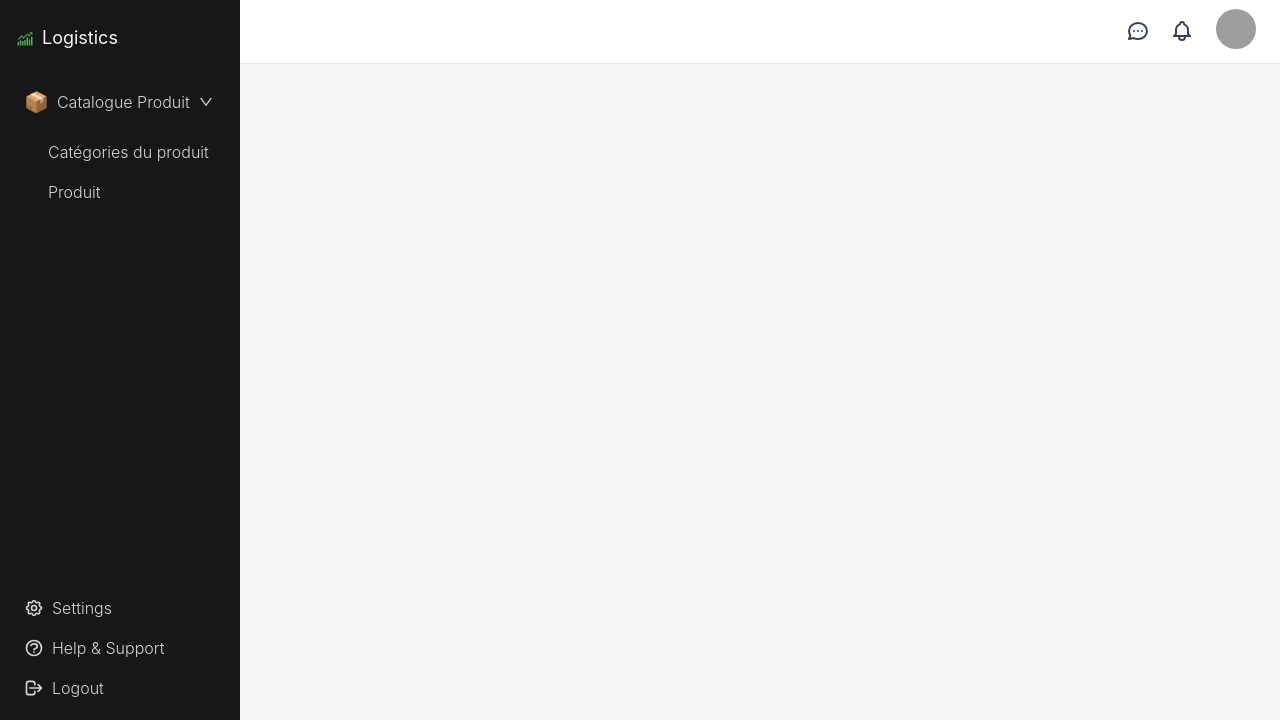
Repository: Mayar2222/Dashboard
Page: /, after clicking the first element matching `button.flex`
The author's editor kept a copy of each file at every save. The page is drawn from the files as they stood at one save, then again after the next save.
The browser window is 1280 px wide. The pictures show the whole page.
Pictures or frames that could not be fetched are drawn as grey boxes. The project was rebuilt for these pictures with package versions that can differ from the ones it lists, and the page was loaded fresh each time. Also part of the build but not shown: src/components/CatalogueProduits.jsx, src/components/Categories.jsx.

Above is the page before, as saved 2024-07-28 16:58:46.

### src/App.jsx
import { Route, BrowserRouter as Router, Routes } from "react-router-dom";
import CatalogueProduits from "./components/CatalogueProduits";
import Categories from "./components/Categories";
import Layout from "./components/shared/Layout";

function App() {
  return (
      <Router>
      <Routes>
        <Route path="/"  element={<Layout/>}>
          <Route path="CatalogueProduits"  element={<CatalogueProduits/>}/>
          <Route path="Categories"  element={<Categories/>}/>

          <Route path="login"  element={<div>this login page</div>}/>

        </Route>
      </Routes>
      </Router>
  );
}

export default App;

### src/index.css
@import url('https://fonts.googleapis.com/css2? family=Poppins:wght@400; 600;700&display=swap');


@tailwind base;
@tailwind components;
@tailwind utilities;

@layer base {
    html {
        font-family: 'Inter', sans-serif;
        line-height: 1.3;
    }
    table {
        /* Add any specific styles for the table here if needed */
    }
    th,
    td {
        @apply py-3 px-2.5 text-sm text-left border-y border-gray-200;
    }
    thead {
        @apply bg-neutral-100;
    }
    th {
        @apply font-semibold;
    }
    a {
        @apply text-sky-500 hover:underline;
    }
}

### src/components/shared/Layout.jsx
import React from 'react'
import { Outlet } from 'react-router-dom'
import Header from './Header'
import Sidebar from './Sidebar'
export default function Layout() {
  return (
    <div className='flex flex-row bg-neutral-100 h-screen w-screen overflow-hidden'>
<Sidebar/>
     <div className='flex-1'>
      <Header/>
      <div className='p-4'>{<Outlet/>}</div>

      </div>


    </div>
  )
}

### src/components/shared/Header.jsx
import { Menu, Popover, Transition } from '@headlessui/react';
import React, { Fragment } from 'react';
import { HiOutlineBell, HiOutlineChat } from 'react-icons/hi';

export default function Header() {
  return (
    <div className='bg-white h-16 px-4 flex justify-between items-center border-b border-gray-200'>
      <div className='relative'>

      </div>
      <div className="flex items-center gap-2 mr-2">
        <Popover className="relative">
          {({ open }) => (
            <>
              <Popover.Button
                className={`p-1.5 rounded-sm inline-flex items-center ${open ? 'text-gray-900' : 'text-gray-700 hover:text-gray-900'} focus:outline-none`}
              >
                <HiOutlineChat fontSize={24} />
              </Popover.Button>
              <Transition
                as={Fragment}
                enter="transition ease-out duration-200"
                enterFrom="opacity-0 translate-y-1"
                enterTo="opacity-100 translate-y-0"
                leave="transition ease-in duration-150"
                leaveFrom="opacity-100 translate-y-0"
                leaveTo="opacity-0 translate-y-1"
              >
                <Popover.Panel className="absolute right-0 z-10 mt-2.5 w-80">
                  <div className="bg-white rounded-sm shadow-md ring-1 ring-black ring-opacity-5 px-2 py-2.5">
                    <strong className="text-gray-700 font-medium">Messages</strong>
                    <div className="mt-2">This is the messages panel!</div>
                  </div>
                </Popover.Panel>
              </Transition>
            </>
          )}
        </Popover>

        <Popover className="relative">
          {({ open }) => (
            <>
              <Popover.Button
                className={`p-1.5 rounded-sm inline-flex items-center ${open ? 'text-gray-900' : 'text-gray-700 hover:text-gray-900'} focus:outline-none`}
              >
                <HiOutlineBell fontSize={24} />
              </Popover.Button>
              <Transition
                as={Fragment}
                enter="transition ease-out duration-200"
                enterFrom="opacity-0 translate-y-1"
                enterTo="opacity-100 translate-y-0"
                leave="transition ease-in duration-150"
                leaveFrom="opacity-100 translate-y-0"
                leaveTo="opacity-0 translate-y-1"
              >
                <Popover.Panel className="absolute right-0 z-10 mt-2.5 w-80">
                  <div className="bg-white rounded-sm shadow-md ring-1 ring-black ring-opacity-5 px-2 py-2.5">
                    <strong className="text-gray-700 font-medium">Notifications</strong>
                    <div className="mt-2">This is the notifications panel!</div>
                  </div>
                </Popover.Panel>
              </Transition>
            </>
          )}
        </Popover>

        <Menu as="div" className="relative">
          <div>
            <Menu.Button className="ml-2 inline-flex">
              <span className='sr-only'>Open user menu</span>
              <div className='h-10 w-10 rounded-full bg-sky-500 bg-cover bg-no-repeat bg-center' style={{backgroundImage: 'url("https://images.unsplash.com/photo-1529626455594-4ff0802cfb7e?crop=faces&fit=crop&w=80&h=80&q=80")'}}>
                <span className='sr-only'>Mayar</span>
              </div>
            </Menu.Button>
          </div>
          <Transition
            as={Fragment}
            enter="transition ease-out duration-200"
            enterFrom="opacity-0 translate-y-1"
            enterTo="opacity-100 translate-y-0"
            leave="transition ease-in duration-150"
            leaveFrom="opacity-100 translate-y-0"
            leaveTo="opacity-0 translate-y-1"
          >
            <Menu.Items className="absolute right-0 mt-2 w-48 origin-top-right bg-white border border-gray-200 divide-y divide-gray-100 rounded-md shadow-lg outline-none">
              <div className="px-4 py-3">
                <p className="text-sm">Signed in as</p>
                <p className="text-sm font-medium text-gray-900 truncate">Mayar</p>
              </div>
              <div className="py-1">
                <Menu.Item>
                  {({ active }) => (
                    <a
                      href="/profile"
                      className={`${
                        active ? 'bg-gray-100 text-gray-900' : 'text-gray-700'
                      } flex justify-between w-full px-4 py-2 text-sm leading-5 text-left`}
                    >
                      Your Profile
                    </a>
                  )}
                </Menu.Item>
                <Menu.Item>
                  {({ active }) => (
                    <a
                      href="/settings"
                      className={`${
                        active ? 'bg-gray-100 text-gray-900' : 'text-gray-700'
                      } flex justify-between w-full px-4 py-2 text-sm leading-5 text-left`}
                    >
                      Settings
                    </a>
                  )}
                </Menu.Item>
              </div>
              <div className="py-1">
                <Menu.Item>
                  {({ active }) => (
                    <a
                      href="/logout"
                      className={`${
                        active ? 'bg-gray-100 text-gray-900' : 'text-gray-700'
                      } flex justify-between w-full px-4 py-2 text-sm leading-5 text-left`}
                    >
                      Sign out
                    </a>
                  )}
                </Menu.Item>
              </div>
            </Menu.Items>
          </Transition>
        </Menu>
      </div>
    </div>
  );
}

### src/components/shared/Sidebar.jsx
import React, { useState } from 'react';
import { AiOutlineDown, AiOutlineRight } from 'react-icons/ai';
import { FcBullish } from 'react-icons/fc';
import { HiOutlineLogout } from 'react-icons/hi';
import { Link, useLocation } from 'react-router-dom';
import { DASHBOARD_SIDEBAR_BOTTOM_LINKS, DASHBOARD_SIDEBAR_LINKS } from '../../lib/consts/navigation';

const linkClasses =
  'flex items-center gap-2 font-light px-3 py-2 hover:bg-neutral-700 hover:no-underline active:bg-neutral-600 rounded-sm text-base text-gray-300';

const titleClasses = 'flex items-center gap-2 px-1 py-3 text-neutral-100 text-lg';

export default function Sidebar() {
  const { pathname } = useLocation();
  const [isCatalogueOpen, setIsCatalogueOpen] = useState(false);

  const toggleCatalogue = () => {
    setIsCatalogueOpen(!isCatalogueOpen);
  };

  return (
    <div className="bg-neutral-900 w-60 p-3 flex flex-col text-white h-full fixed">
      <div className={titleClasses}>
        <FcBullish />
        <span>Logistics</span>
      </div>
      <div className="flex-1 mt-4">
        <div>
          <button onClick={toggleCatalogue} className={linkClasses}>
            <span className="text-xl">📦</span>
            <span>Catalogue Produit</span>
            {isCatalogueOpen ? <AiOutlineDown /> : <AiOutlineRight />}
          </button>
          {isCatalogueOpen && (
            <div className="ml-6 mt-2">

              <Link to="/categories" className={linkClasses}>
                Catégories du produit
              </Link>
              <Link to="/produit" className={linkClasses}>
                Produit
              </Link>
              <Link to="/catalogue" className={linkClasses}>

              </Link>
            </div>
          )}
        </div>
        {DASHBOARD_SIDEBAR_LINKS.filter(link => link.label !== "Catalogue Produit").map(({ key, path, icon, label }) => (
          <Link
            key={key}
            to={path}
            className={`${linkClasses} ${pathname === path ? 'bg-neutral-700' : ''}`}
          >
            {icon && <span className="text-xl">{icon}</span>}
            <span>{label}</span>
          </Link>
        ))}
      </div>
      <div className="mt-4">
        {DASHBOARD_SIDEBAR_BOTTOM_LINKS.map(({ key, path, icon, label }) => (
          <Link
            key={key}
            to={path}
            className={`${linkClasses} ${pathname === path ? 'bg-neutral-700' : ''}`}
          >
            {icon && <span className="text-xl">{icon}</span>}
            <span>{label}</span>
          </Link>
        ))}
        <Link
          to="/logout" // Adjust the path as needed
          className={linkClasses}
        >
          <HiOutlineLogout className="text-xl" />
          <span>Logout</span>
        </Link>
      </div>
    </div>
  );
}

### src/lib/consts/navigation.jsx
import {
	HiOutlineCog,
	HiOutlineCube,
	HiOutlineQuestionMarkCircle
} from 'react-icons/hi'

export const DASHBOARD_SIDEBAR_LINKS = [

	{
		key: 'CatalogueProduits',
		label: 'Catalogue Produit',
		path: '/CatalogueProduits',
		icon: <HiOutlineCube />
	},



]

export const DASHBOARD_SIDEBAR_BOTTOM_LINKS = [
	{
		key: 'settings',
		label: 'Settings',
		path: '/settings',
		icon: <HiOutlineCog />
	},
	{
		key: 'support',
		label: 'Help & Support',
		path: '/support',
		icon: <HiOutlineQuestionMarkCircle />
	}
]

Loaded but not shown: public/index.html (common file); src/index.js (common file); tailwind.config.js (common file)

After the next save:
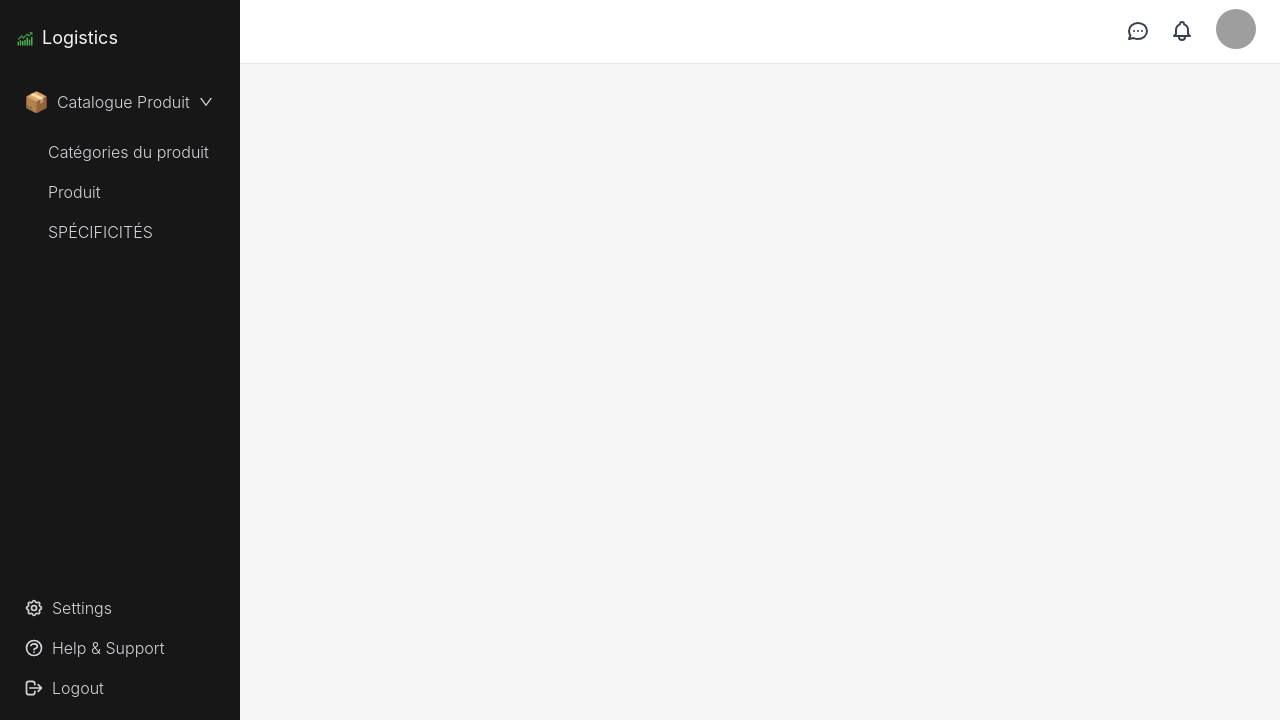
Saved 48 s later.
--- a/src/components/shared/Sidebar.jsx
+++ b/src/components/shared/Sidebar.jsx
@@ -41,7 +41,7 @@ export default function Sidebar() {
                 Produit
               </Link>
               <Link to="/catalogue" className={linkClasses}>
-
+              SPÉCIFICITÉS
               </Link>
             </div>
           )}
